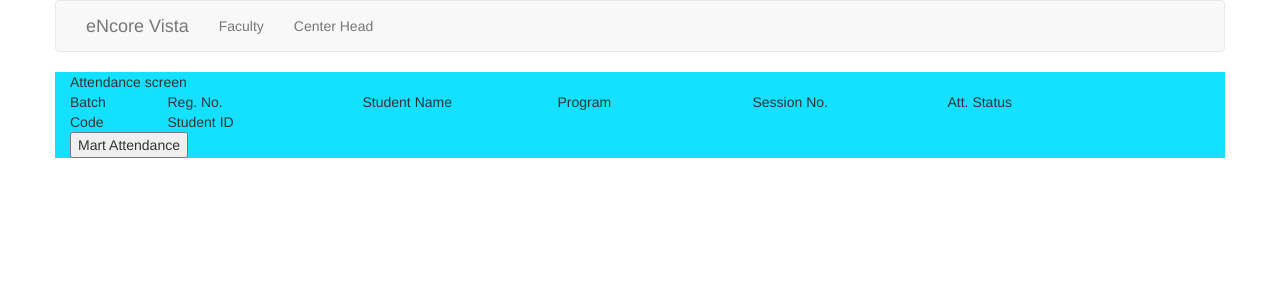
Repository: RajeswarM-NIIT/RajeswarAceMarch2020
Page: http://localhost/attendance/WEB-INF/views/attpage.jsp
These files come from the project's save history. The page is drawn as it stood at one moment and after the next save; the edit follows.
The browser window is 1280 px wide. The pictures show the whole page.
The page is served by Tomcat 9. Nobody is signed in. Other server files are loaded and not shown. The template is opened directly, without the code that normally fills it, so the values that code supplies are empty.

Above is the page before, as saved 2020-03-13 20:23:47.

### attendance/src/main/webapp/WEB-INF/views/attpage.jsp
<%@ page language="java" contentType="text/html; charset=ISO-8859-1"
    pageEncoding="ISO-8859-1"%>
<!DOCTYPE html>
<html>
<head>
<%@ include file = "links.jsp" %>
</head>
<body>

<%@ include file = "navbar.jsp" %>
<div class="container" style="background-color:#14e0ff">
Attendance screen
	<div class="row" style="font-style:bold">
		<div class="col-sm-1">Batch Code</div>
		<div class="col-sm-2">Reg. No. <br> Student ID</div>
		<div class="col-sm-2">Student Name</div>
		<div class="col-sm-2">Program</div>
		<div class="col-sm-2">Session No.</div>
		<div class="col-sm-3">Att. Status</div>
	</div>
<spring:form modelAttribute="form"  action="reqMarkAttendance" method="post">
	<c:forEach items="${form.studentrecords}" var="st" varStatus="vs">

	 	<spring:hidden path="studentrecords[${vs.index}].batchid"/>
	 	<spring:hidden path="studentrecords[${vs.index}].crsid"/>
		<spring:hidden path="studentrecords[${vs.index}].crsname"/>
		<spring:hidden path="studentrecords[${vs.index}].nosessions"/>
		<spring:hidden path="studentrecords[${vs.index}].status"/>
		<spring:hidden path="studentrecords[${vs.index}].batchschstid"/>
		<spring:hidden path="studentrecords[${vs.index}].sessionno"/>
		<spring:hidden path="studentrecords[${vs.index}].batchschedulestudentsstatus"/>
		<spring:hidden path="studentrecords[${vs.index}].regid"/>
		<spring:hidden path="studentrecords[${vs.index}].studentstatus"/>
		<spring:hidden path="studentrecords[${vs.index}].stid"/>
		<spring:hidden path="studentrecords[${vs.index}].stname"/>
		${st.batchid}  ${st.regid}    ${st.stid}    ${st.stname}   ${st.crsname}  	${st.sessionno}
		<spring:radiobutton path="studentrecords[${vs.index}].attst" value="Present" checked="true"/>Present
		<spring:radiobutton path="studentrecords[${vs.index}].attst" value="Absent" />Absent

		<%-- <spring:checkbox path="${st.attst}" checked="true" value="Present"/> --%>
		<hr>
	</c:forEach>
	<spring:button>Mart Attendance</spring:button>
</spring:form>

</div>
</body>
</html>

### attendance/src/main/webapp/WEB-INF/views/links.jsp
  <link rel="stylesheet" href="https://maxcdn.bootstrapcdn.com/bootstrap/3.4.1/css/bootstrap.min.css">
  <script src="https://ajax.googleapis.com/ajax/libs/jquery/3.4.1/jquery.min.js"></script>
  <script src="https://maxcdn.bootstrapcdn.com/bootstrap/3.4.1/js/bootstrap.min.js"></script>
  <link rel="stylesheet" href="https://cdnjs.cloudflare.com/ajax/libs/font-awesome/4.7.0/css/font-awesome.min.css">

  <%@ taglib uri="http://www.springframework.org/tags/form" prefix="spring"%>
  <%@ taglib uri="http://java.sun.com/jsp/jstl/core" prefix="c"%>

### attendance/src/main/webapp/WEB-INF/views/navbar.jsp
<nav class="navbar navbar-default container">
  <div class="container-fluid">
    <div class="navbar-header">
     	<a class="navbar-brand" href="#">eNcore Vista</a>
	    <ul class="nav navbar-nav">
	      <li><a href="reqFacPage">Faculty</a></li>
	      <li><a href="reqCHPage">Center Head</a></li>
	    </ul>
  	</div>
  </div>
</nav>

After the next save:
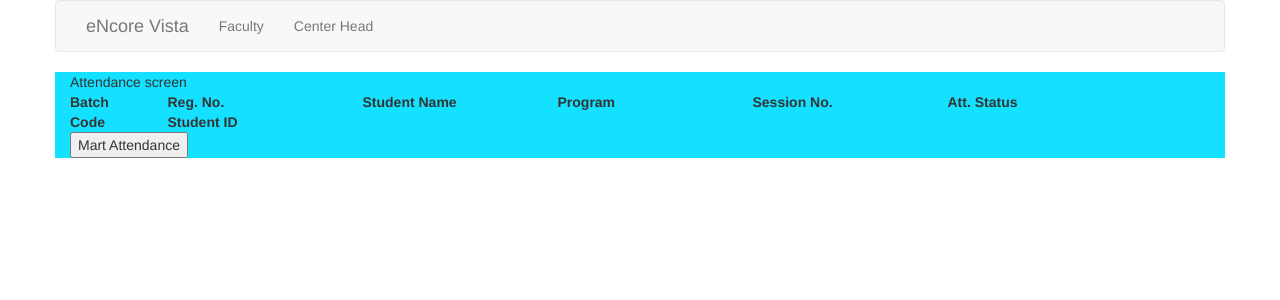
Saved 82 s later.
--- a/attendance/src/main/webapp/WEB-INF/views/attpage.jsp
+++ b/attendance/src/main/webapp/WEB-INF/views/attpage.jsp
@@ -11,12 +11,14 @@
 <div class="container" style="background-color:#14e0ff">
 Attendance screen
 	<div class="row" style="font-style:bold">
-		<div class="col-sm-1">Batch Code</div>
-		<div class="col-sm-2">Reg. No. <br> Student ID</div>
-		<div class="col-sm-2">Student Name</div>
-		<div class="col-sm-2">Program</div>
-		<div class="col-sm-2">Session No.</div>
-		<div class="col-sm-3">Att. Status</div>
+		<strong>
+			<div class="col-sm-1">Batch Code</div>
+			<div class="col-sm-2">Reg. No. <br> Student ID</div>
+			<div class="col-sm-2">Student Name</div>
+			<div class="col-sm-2">Program</div>
+			<div class="col-sm-2">Session No.</div>
+			<div class="col-sm-3">Att. Status</div>
+		</strong>
 	</div>
 <spring:form modelAttribute="form"  action="reqMarkAttendance" method="post">
 	<c:forEach items="${form.studentrecords}" var="st" varStatus="vs">
